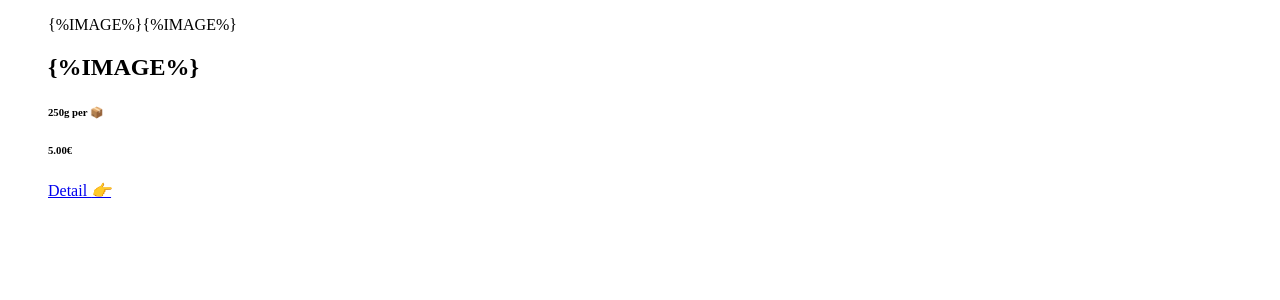
Repository: Kaii-Dev/NODEJS-by-JONAS
Page: 1-node-farm/starter/templates/card.html
These files come from the project's save history. The page is drawn as it stood at one moment and after the next save; the edit follows.
The browser window is 1280 px wide. The pictures show the whole page.

Above is the page before, as saved 2022-08-03 13:54:50.

### 1-node-farm/starter/templates/card.html
<figure class="card">
   <div class="card__emoji">{%IMAGE%}{%IMAGE%}</div>
   <div class="card__title-box">
     <h2 class="card__title">{%IMAGE%}</h2>
   </div>

   <div class="card__details">
     <div class="card__detail-box">
       <h6 class="card__detail">250g per 📦</h6>
     </div>

     <div class="card__detail-box">
       <h6 class="card__detail card__detail--price">5.00€</h6>
     </div>
   </div>

   <a class="card__link" href="#">
     <span>Detail <i class="emoji-right">👉</i></span>
   </a>
 </figure>

After the next save:
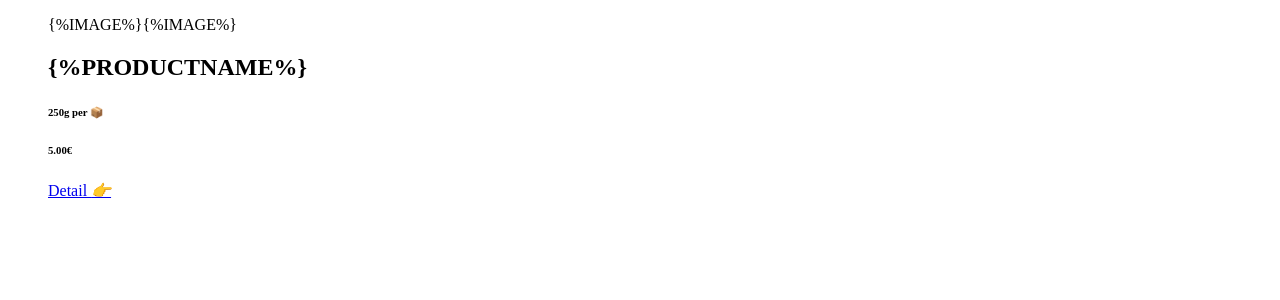
Saved 5 s later.
--- a/1-node-farm/starter/templates/card.html
+++ b/1-node-farm/starter/templates/card.html
@@ -1,7 +1,7 @@
 <figure class="card">
    <div class="card__emoji">{%IMAGE%}{%IMAGE%}</div>
    <div class="card__title-box">
-     <h2 class="card__title">{%IMAGE%}</h2>
+     <h2 class="card__title">{%PRODUCTNAME%}</h2>
    </div>
 
    <div class="card__details">
